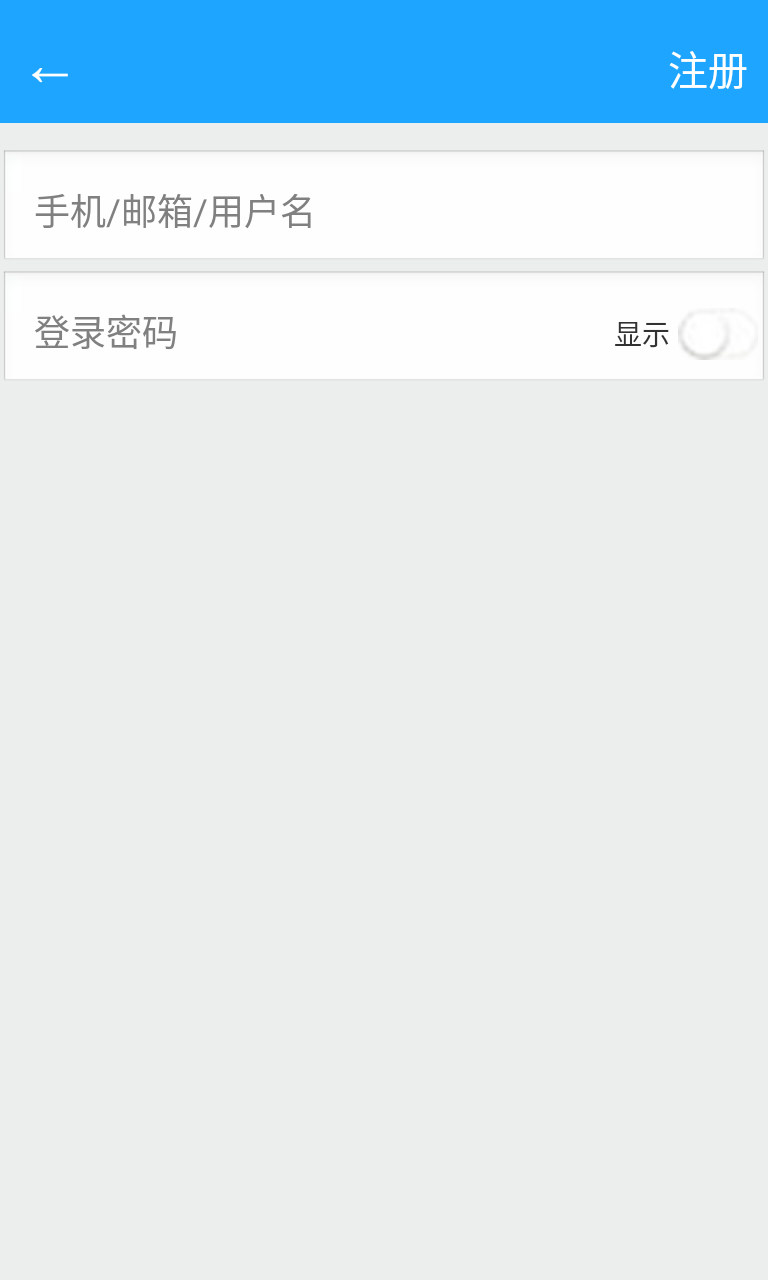
Repository: shi1hh/v
Layout: HungryTest/res/layout/login.xml
These files come from the project's save history. The layout is drawn as it stood at one moment and after the next save; the edit follows.
It is drawn on a 768 x 1280 px phone screen (xhdpi) without system bars, with theme android:Theme.Light.NoTitleBar; the app's code is not run.

Above is the layout before, as saved 2015-10-24 18:04:24.

### HungryTest/res/layout/login.xml
<?xml version="1.0" encoding="utf-8"?>
<LinearLayout xmlns:android="http://schemas.android.com/apk/res/android"
    android:id="@+id/linearLayout1"
    android:layout_width="match_parent"
    android:layout_height="match_parent"
    android:background="@color/blackground2"
    android:orientation="vertical" >

    <RelativeLayout
        android:layout_width="match_parent"
        android:layout_height="wrap_content"
        android:background="@color/blackground" >

        <Button
            android:id="@+id/button_back"
            style="@style/back"
            android:layout_width="wrap_content"
            android:layout_height="wrap_content"
            android:layout_alignParentLeft="true"
            android:layout_alignParentTop="true"
            android:layout_centerVertical="true"
            android:background="@color/blackground"
            android:gravity="center"
            android:padding="10dp" />

        <Button
            android:id="@+id/button_register"
            style="@style/normal_text"
            android:layout_width="wrap_content"
            android:layout_height="wrap_content"
            android:layout_alignBaseline="@+id/button_back"
            android:layout_alignBottom="@+id/button_back"
            android:layout_alignParentRight="true"
            android:background="@color/blackground"
            android:padding="10dp"
            android:text="@string/login_reg" />
        </RelativeLayout>
        <RelativeLayout
                 android:layout_width="match_parent"
        android:layout_height="match_parent" >

        <EditText
            android:id="@+id/editText_username"
            android:layout_width="match_parent"
            android:layout_height="wrap_content"
            android:padding="@dimen/login_user_pendding"
            android:layout_marginTop="@dimen/login_usertop_margin"

            android:ems="10"
            android:hint="@string/login_user_hint" />

        <EditText
            android:id="@+id/editText_psw"
            android:layout_width="match_parent"
            android:layout_height="wrap_content"

                        android:padding="@dimen/login_user_pendding"
            android:layout_below="@+id/editText_username"
            android:ems="10"
            android:hint="@string/login_psw_hint"
            android:inputType="textPassword" />

        <ToggleButton
            android:id="@+id/toggleButton1"
            android:layout_width="wrap_content"
            android:layout_height="wrap_content"
            android:layout_alignBaseline="@+id/editText_psw"
            android:layout_alignBottom="@+id/editText_psw"
            android:layout_alignParentRight="true"
            android:layout_marginRight="5dp"
            android:textOn=""
            android:textOff=""
            android:background="@drawable/selector_login_toggle" />

        <TextView
            android:layout_width="wrap_content"
            android:layout_height="wrap_content"
            android:layout_alignBaseline="@+id/editText_psw"
            android:layout_marginRight="4dp"
            android:layout_toLeftOf="@+id/toggleButton1"

            android:text="显示" />

    </RelativeLayout>

</LinearLayout>

### HungryTest/res/values/color.xml
<?xml version="1.0" encoding="utf-8"?>
<resources>
    <color name="sum">#ffffff</color>
    <color name="balance">#00FF7F</color>
    <color name="balance_text">#ffffff</color>
    <color name="lvlft_select">#ffffff</color>
    <color name="lvlft_black">#CFCFCF</color>
    <color name="white">#ffffff</color>
    <color name="navigation_bg">#F6F6F6</color>
      <color name="blackground">#1EA5FF</color>
      <color name="text_gray">#CCCCCC</color>
      <color name="waimai_divider">#EEEEEC</color>
      <color name="normal_text">#ffffff</color>
      <color name="blackground2">#eceeee</color>
      <color name="login_button">#60C04D</color>
</resources>

### HungryTest/res/values/strings.xml
<?xml version="1.0" encoding="utf-8"?>
<resources>

    <string name="app_name">HungryTest</string>
    <string name="hello_world">Hello world!</string>
    <string name="action_settings">Settings</string>
    <string name="navigation1">外卖</string>
 <string name="navigation2">订单</string>
  <string name="navigation3">发现</string>
   <string name="navigation4">我</string>
   <string name="waimai_tb1">便利店</string>
    <string name="waimai_tb2">品牌馆</string>
     <string name="waimai_tb3">水果</string>
      <string name="waimai_tb4">鲜花蛋糕</string>
       <string name="waimai_tb5">新店特惠</string>
        <string name="waimai_tb6">夜宵</string>
         <string name="waimai_tb7">预定早餐</string>
         <string name="dingdan_text1">订单</string>
         <string name="login_reg">注册</string>
         <string name="back">←</string>
         <string name="dingdan_dingdan">订单</string>
         <string name="dingdan_breakfast">早餐订单</string>
         <string name="login_psw_hint">登录密码</string>
         <string name="login_user_hint">手机/邮箱/用户名</string>
         <string name="login_login">登录</string>

</resources>

### HungryTest/res/values/styles.xml
<resources xmlns:android="http://schemas.android.com/apk/res/android">

    <!--
        Base application theme, dependent on API level. This theme is replaced
        by AppBaseTheme from res/values-vXX/styles.xml on newer devices.




    -->
    <style name="AppBaseTheme" parent="Theme.AppCompat.Light">
        <!--
            Theme customizations available in newer API levels can go in
            res/values-vXX/styles.xml, while customizations related to
            backward-compatibility can go here.




        -->
    </style>

    <!-- Application theme. -->
    <style name="AppTheme" parent="AppBaseTheme">
        <!-- All customizations that are NOT specific to a particular API-level can go here. -->
    </style>

    <style name="text">
        <item name="android:textSize">10sp</item>
        <item name="android:gravity">center_horizontal</item>
    </style>

    <style name="waimai_tb_text">
        <item name="android:textSize">13sp</item>
        <item name="android:gravity">center_horizontal</item>
    </style>

    <style name="waimai_money_text">
        <item name="android:textColor">#FF3030</item>
        <item name="android:textSize">20sp</item>
    </style>

    <style name="back">
        <item name="android:textColor">#ffffff</item>
        <item name="android:textSize">30sp</item>
        <item name="android:text">←</item>
    </style>

    <style name="waimai_store_name_textsize">
        <item name="android:textSize">20sp</item>
    </style>

    <style name="normal_text">
        <item name="android:textSize">20sp</item>
        <item name="android:textColor">#ffffff</item>
        <item name="android:padding">12dp</item>
    </style>

    <style name="login_">
        <item name="android:textSize">20sp</item>
        <item name="android:textColor">#ffffff</item>
        <item name="android:padding">101dp</item>
        <item name="android:gravity">center</item>
        <item name="android:text">登录</item>
    </style>

    <style name="forget_psw">
        <item name="android:textColor">#1EA5FF
</item>
        <item name="android:text">忘记密码?</item>
    </style>

    <style name="login_message">
        <item name="android:textColor">#1EA5FF
</item>
        <item name="android:text">短信验证码登录</item>
    </style>


</resources>

### HungryTest/res/values/dimens.xml
<resources>

    <!-- Default screen margins, per the Android Design guidelines. -->
    <dimen name="activity_horizontal_margin">16dp</dimen>
    <dimen name="activity_vertical_margin">16dp</dimen>
<dimen name="login_usertop_margin">13dp</dimen>
<dimen  name="login_user_pendding">17dp</dimen>
</resources>

### HungryTest/res/drawable/selector_login_toggle.xml
<?xml version="1.0" encoding="utf-8"?>
<selector xmlns:android="http://schemas.android.com/apk/res/android" >
    <item android:state_checked="true" android:drawable="@drawable/toggleon"
        ></item>
<item android:drawable="@drawable/toggleoff"></item>
</selector>

After the next save:
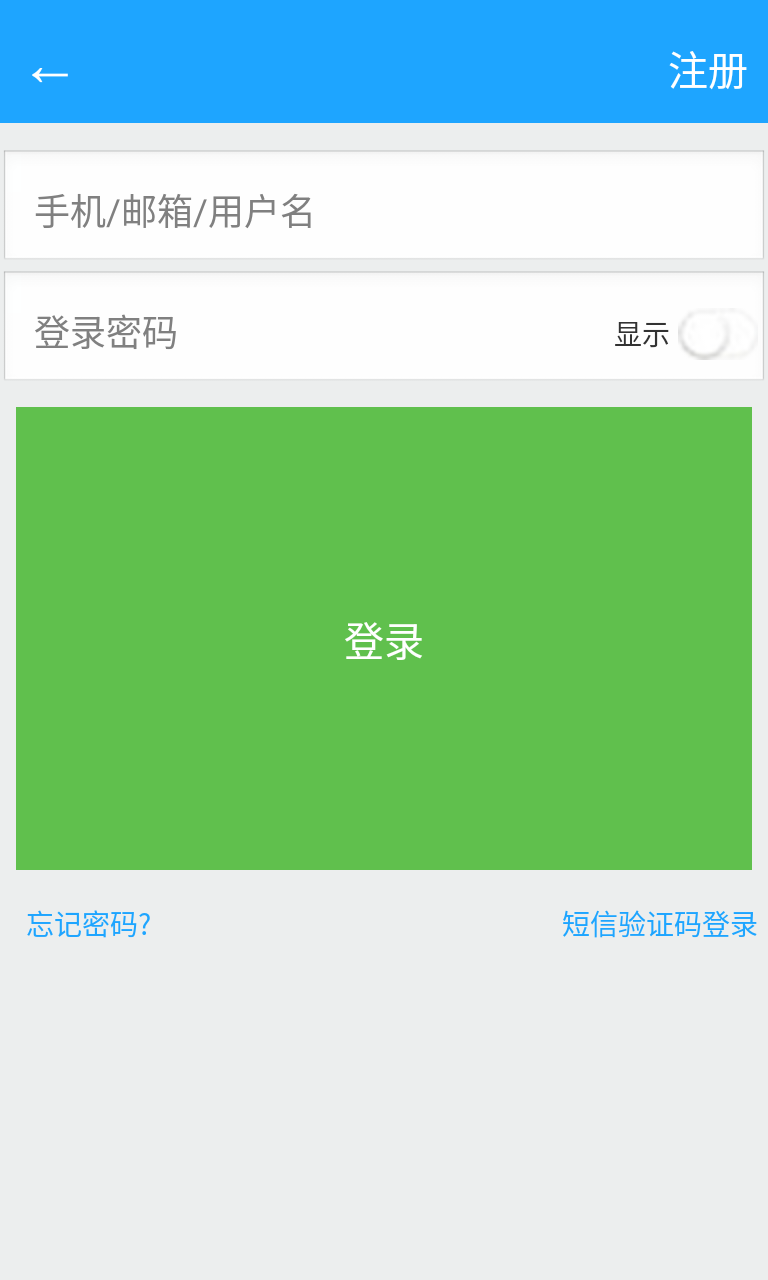
Saved 15 s later.
--- a/HungryTest/res/layout/login.xml
+++ b/HungryTest/res/layout/login.xml
@@ -81,6 +81,40 @@
 
             android:text="显示" />
 
+        <Button
+            android:id="@+id/button_login"
+            android:layout_width="match_parent"
+            android:layout_height="wrap_content"
+            android:layout_below="@+id/editText_psw"
+            android:background="@color/login_button"
+            android:layout_margin="8dp"
+            android:layout_marginLeft="8dp"
+            android:layout_marginRight="18dp"
+           style="@style/login_"/>
+
+        <Button
+            android:id="@+id/button1"
+            android:layout_width="wrap_content"
+            android:layout_height="wrap_content"
+            android:layout_alignLeft="@+id/button_login"
+            android:layout_below="@+id/button_login"
+            android:background="@null"
+            android:layout_marginTop="8dp"
+            android:layout_marginLeft="5dp"
+            style="@style/forget_psw" />
+
+        <Button
+            android:id="@+id/button2"
+            android:layout_width="wrap_content"
+            android:layout_height="wrap_content"
+            android:layout_alignBaseline="@+id/button1"
+            android:layout_alignBottom="@+id/button1"
+            android:layout_alignParentRight="true"
+                     android:layout_marginTop="8dp"
+                     android:layout_marginRight="5dp"
+                     android:background="@null"
+           style="@style/login_message" />
+
     </RelativeLayout>
 
 </LinearLayout>
